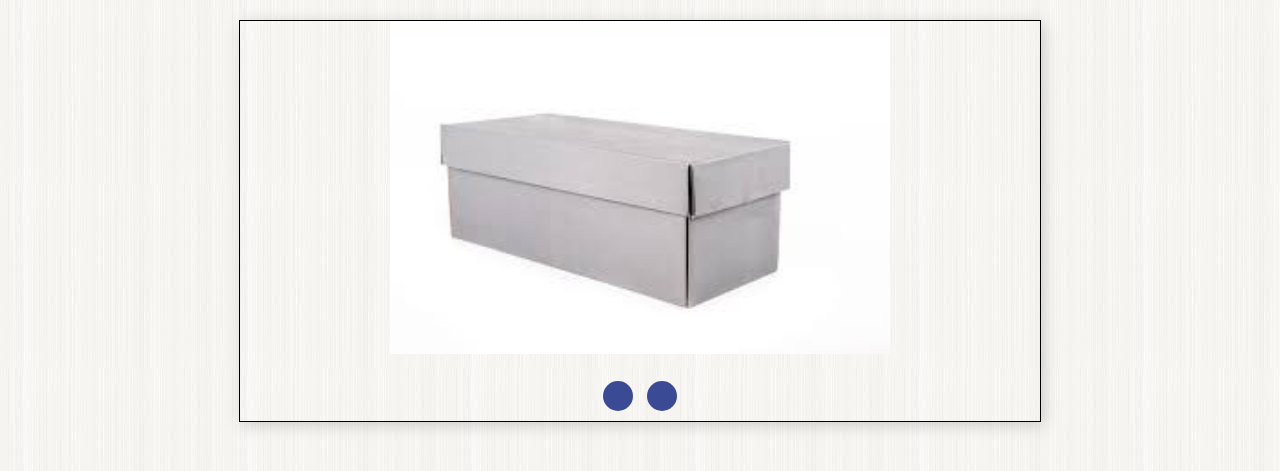
Repository: lauroPereira/study
Page: http://localhost/modules/home/home.php
An editor plug-in stored every save of this project. The page is shown before and after the next save, followed by the edit.
The browser window is 1280 px wide. The pictures show the whole page.
The page is run by PHP 8.4 with error messages shown; the project is at /var/www/html/.

Above is the page before, as saved 2016-06-16 03:29:14.

After the next save:
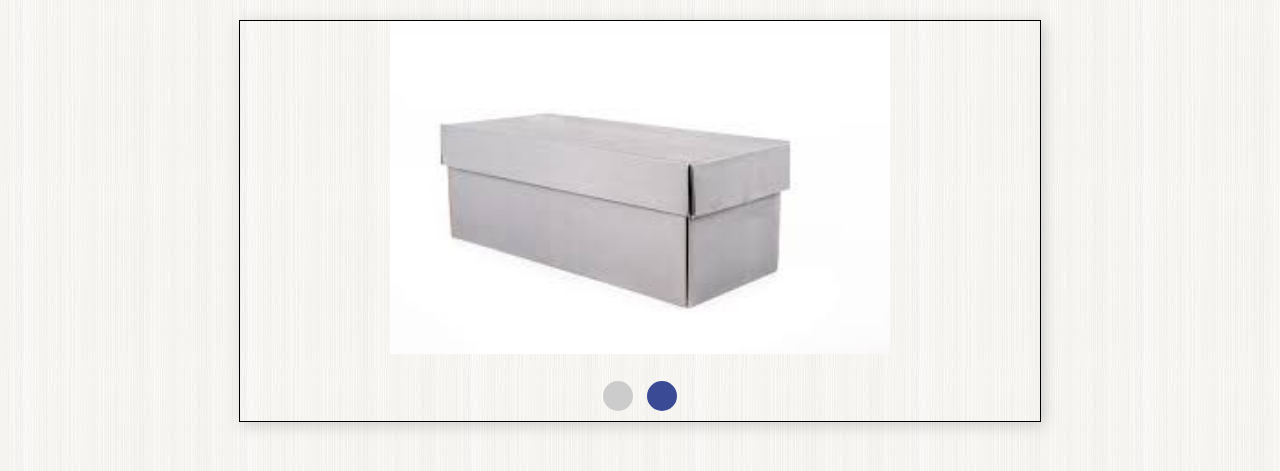
Saved 51 s later.
--- a/TrabalhoFinalWeb/css/home.css
+++ b/TrabalhoFinalWeb/css/home.css
@@ -18,7 +18,6 @@
 	height: 30px;
 	width: 30px;
 	border-radius: 50%;
-	background-color: #3A4A95;
 	display: inline-block;
 	margin: 0 auto;
 	margin-top: 45%;
@@ -31,3 +30,6 @@
 #tag1{
 	background-color: #CCC;
 }
+#tag2{
+	background-color: #3A4A95;
+}
